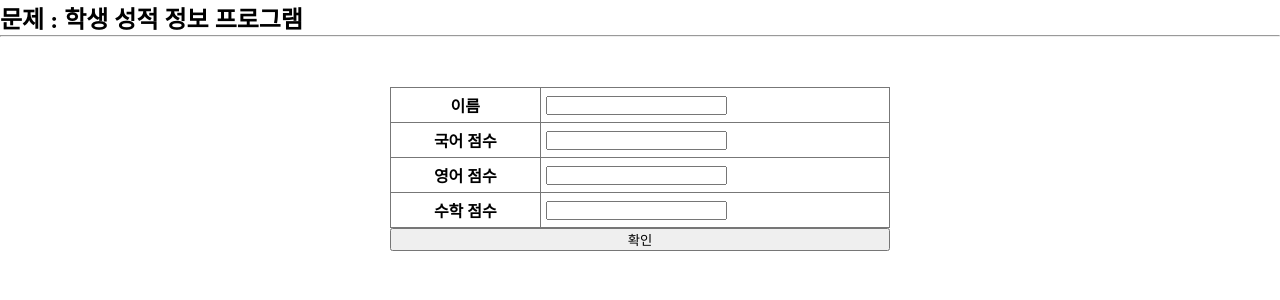
Repository: hyunh84/jsp_study
Page: http://localhost/Day02/j08_Quize01.jsp
An editor plug-in stored every save of this project. The page is shown before and after the next save, followed by the edit.
The browser window is 1280 px wide. The pictures show the whole page.
The page is served by Tomcat 9. Other server files are loaded and not shown.

Above is the page before, as saved 2015-09-06 03:49:56.

### MyWorks/Day02/WebContent/j08_Quize01.jsp
<%@ page language="java" contentType="text/html; charset=utf-8"
    pageEncoding="utf-8"%>
<!DOCTYPE html>
<html>
<head>
<meta charset="utf-8">
<title>Insert title here</title>

<style type="text/css">
	* {margin:0; padding:0;}
	table {border-collapse:collapse; }
	table th {padding:5px; border:1px solid #777;}
	table td {padding:5px; border:1px solid #777;}
</style>
</head>
<body>

	<h2>문제 : 학생 성적 정보 프로그램</h2>
	<hr>

	<%--

		1. 다음의 학색정보가 입력되도록 작성

			- 이름, 국어, 영어, 수학점수

		2. 02page로 전송

			- form, post, table 사용

		3. 02페이지 출력
			- 전송된 정보를 바탕으로 총점, 평균을 산출
			- 전체정보 (입력정보 + 총점 + 평균 ) 출력

	 --%>
	<form action="j08_Quize02.jsp" method="post">
		<div style="width:500px; margin:50px auto 0;">
			<table style="width:100%;">
				<colgroup>
					<col style="width:30%;" />
					<col style="width:70%;" />
				</colgroup>
				<tbody>
					<tr>
						<th>이름</th>
						<td><input type="text" name="name" /></td>
					</tr>
					<tr>
						<th>국어 점수</th>
						<td><input type="text" name="ko" /></td>
					</tr>
					<tr>
						<th>영어 점수</th>
						<td><input type="text" name="en" /></td>
					</tr>
					<tr>
						<th>수학 점수</th>
						<td><input type="text" name="math" /></td>
					</tr>
				</tbody>
			</table>
			<button type="submit" style="width:100%;">확인</button>
		</div>
	</form>




</body>
</html>

After the next save:
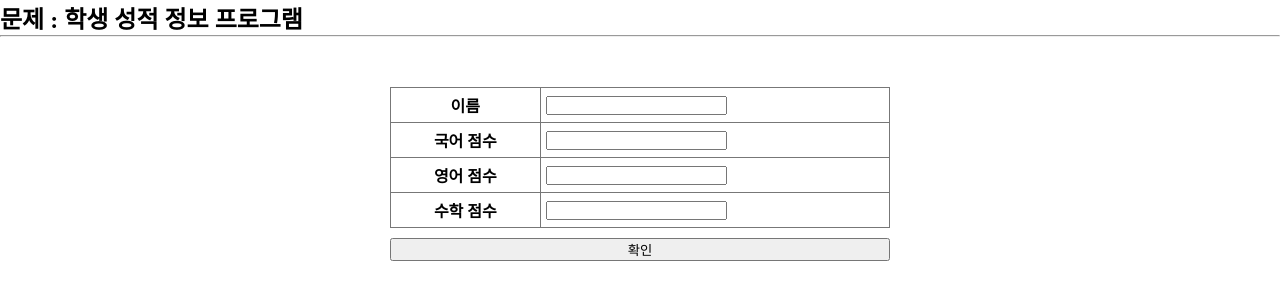
Saved 12 s later.
--- a/MyWorks/Day02/WebContent/j08_Quize01.jsp
+++ b/MyWorks/Day02/WebContent/j08_Quize01.jsp
@@ -59,7 +59,7 @@
 					</tr>
 				</tbody>
 			</table>
-			<button type="submit" style="width:100%;">확인</button>
+			<button type="submit" style="width:100%; margin:10px 0;">확인</button>
 		</div>
 	</form>
 
